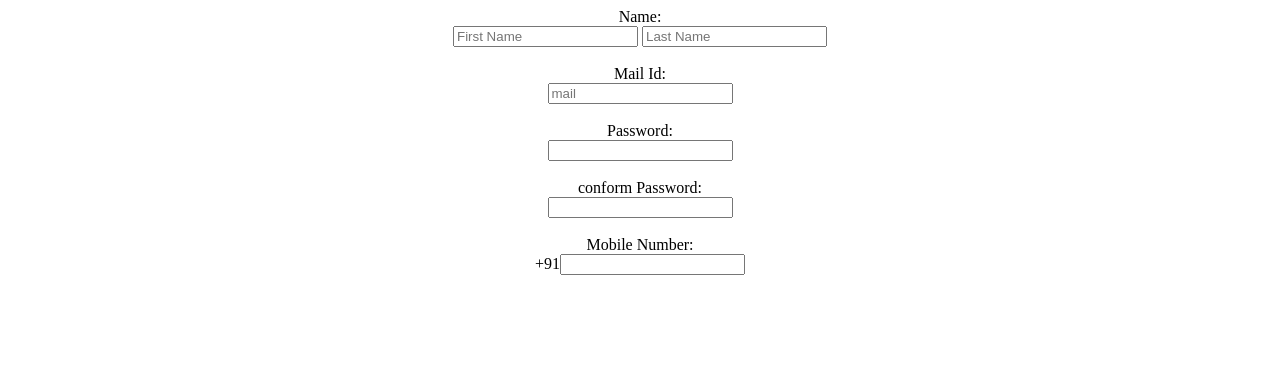
Repository: AbubakarShaik/Java_J2EE_Project
Page: http://localhost/com.testprojectServlet/Registration.jsp
An editor plug-in stored every save of this project. The page is shown before and after the next save, followed by the edit.
The browser window is 1280 px wide. The pictures show the whole page.
The page is served by Tomcat 9. Other server files are loaded and not shown.

Above is the page before, as saved 2016-12-19 18:15:37.

### com.testprojectServlet/WebContent/Registration.jsp
<%@ page language="java" contentType="text/html; charset=ISO-8859-1"
    pageEncoding="ISO-8859-1"%>
<!DOCTYPE html PUBLIC "-//W3C//DTD HTML 4.01 Transitional//EN" "http://www.w3.org/TR/html4/loose.dtd">
<html>
<head>
<meta http-equiv="Content-Type" content="text/html; charset=ISO-8859-1">
<title>Insert title here</title>
</head>
<body>

<center>
Name:<br><input type="text" placeholder="First Name"> <input type="text" placeholder="Last Name">
<br>

<br>
Mail Id:<br>
<input type="text" name="Mail Id" placeholder="mail">
<br>

<br>
Password:<br>
<input type="text" name="Password">
<br>

<br>
conform Password:<br>
<input type="text" name="Password">
<br>

<br>
Mobile Number:<br>
+91<input type="text" name="Number" maxlength="10">

</center>
</body>
</html>

After the next save:
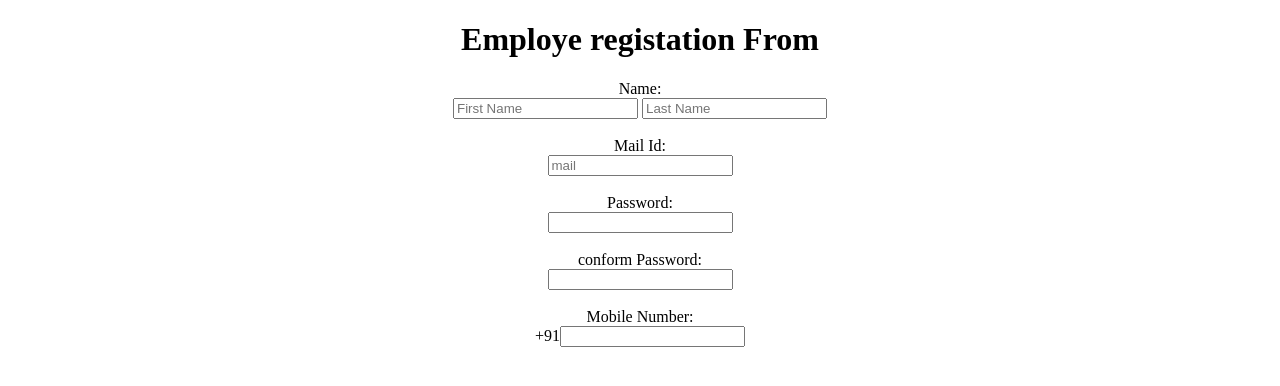
Saved 61 s later.
--- a/com.testprojectServlet/WebContent/Registration.jsp
+++ b/com.testprojectServlet/WebContent/Registration.jsp
@@ -9,6 +9,7 @@
 <body>
 
 <center>
+<h1>Employe registation From</h1>
 Name:<br><input type="text" placeholder="First Name"> <input type="text" placeholder="Last Name">
 <br>
 
